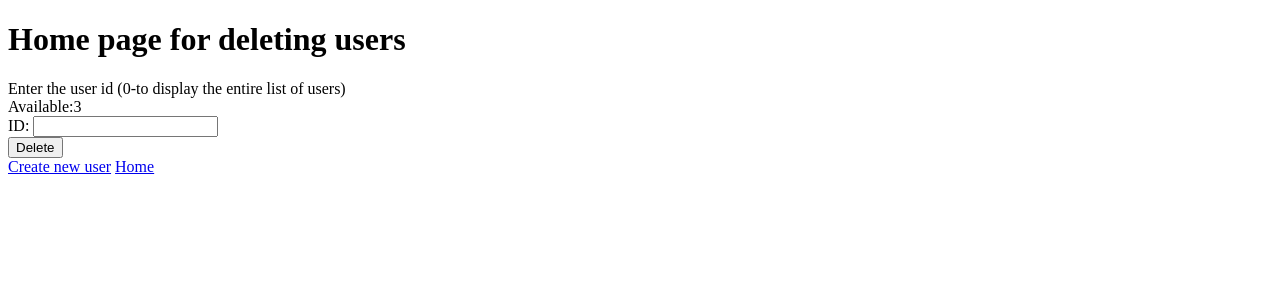
Repository: chistyakova-ann/NT
Page: http://localhost/myServlet/delete.jsp
An editor plug-in stored every save of this project. The page is shown before and after the next save, followed by the edit.
The browser window is 1280 px wide. The pictures show the whole page.
The page is served by Tomcat 9. Other server files are loaded and not shown.

Above is the page before, as saved 2020-10-06 07:16:30.

### заглушки/users/eclipse-workspace/myServlet/WebContent/delete.jsp
<%@ page import="logic.Model" %>

<%@ page language="java" contentType="text/html; charset=ISO-8859-1"
    pageEncoding="ISO-8859-1"%>
<!DOCTYPE html>
<html>
<head>
<meta charset="ISO-8859-1">
<title>Insert title here</title>
</head>
<body>
<h1>Home page for deleting users</h1>
Enter the user id (0-to display the entire list of users)
<br/>
Available:<%
Model model=Model.getInstance();
out.print(model.getFromList().size());
%>
<form method="post" action="delete">
<label>ID:
<input type="text" name="id"><br/>
</label>
<button type="submit">Delete</button>
</form>
<a href="addUser.html">Create new user</a>
<a href="index.jsp">Home</a>
</body>
</html>

### заглушки/users/eclipse-workspace/myServlet/src/logic/User.java
package logic;

public class User {
private String name;
private String surname;
private String salary;

public User(String name, String surname, String salary) {
	this.name=name;
	this.surname=surname;
	this.salary=salary;
}
public void setName(String name) {
	this.name=name;
}
public String getName() {
	return name;
	}
public void setSurname(String surname) {
	this.surname=surname;
}
public String getSurname() {
	return surname;
	}
public void setSalary(String salary) {
	this.salary=salary;
}
public String getSalary() {
	return salary;
	}
}

After the next save:
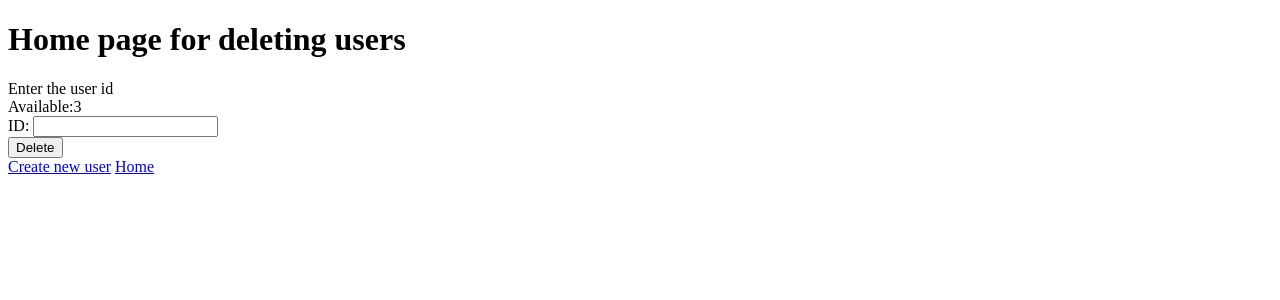
Saved 48 s later.
--- a/заглушки/users/eclipse-workspace/myServlet/WebContent/delete.jsp
+++ b/заглушки/users/eclipse-workspace/myServlet/WebContent/delete.jsp
@@ -10,7 +10,7 @@
 </head>
 <body>
 <h1>Home page for deleting users</h1>
-Enter the user id (0-to display the entire list of users)
+Enter the user id
 <br/>
 Available:<%
 Model model=Model.getInstance();
